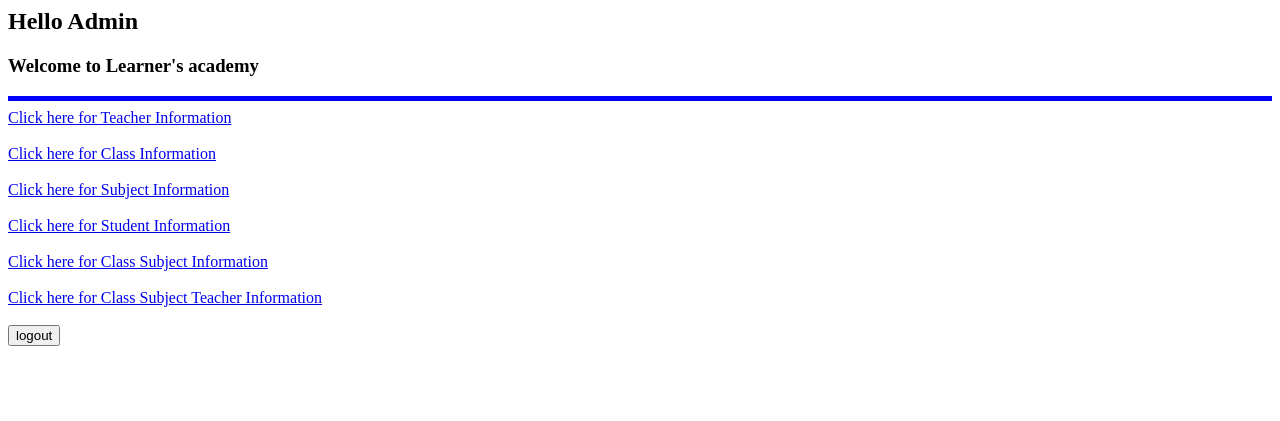
Repository: anithagnana123/Simplilearn_Phase2_project
Page: http://localhost/phase2-project/welcome
These files come from the project's save history. The page is drawn as it stood at one moment and after the next save; the edit follows.
The browser window is 1280 px wide. The pictures show the whole page.
The page is served by Tomcat 9.

Above is the page before, as saved 2022-10-26 10:51:34.

After the next save:
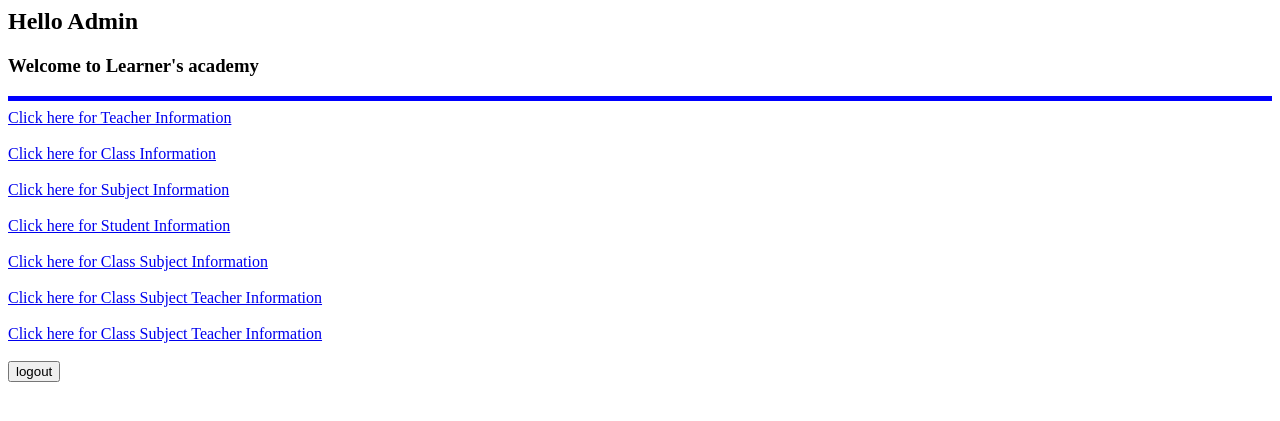
Saved 2 min 5 s later.
--- a/phase2-project/src/main/java/com/simplilearn/workshop/WelcomeServlet.java
+++ b/phase2-project/src/main/java/com/simplilearn/workshop/WelcomeServlet.java
@@ -51,7 +51,8 @@ public class WelcomeServlet extends HttpServlet {
 	    out.println("<a href = \"classsub.html\">Click here for Class Subject Information</a>");
 	    out.println("<br> <br>");
 	    out.println("<a href = \"classsubteach.html\">Click here for Class Subject Teacher Information</a>");
-
+	    out.println("<br> <br>");
+	    out.println("<a href = \"classreport.jsp\">Click here for Class Subject Teacher Information</a>");
 
 	    out.println("&nbsp;");
 	    out.println("<form action='logout' method='get'>");
